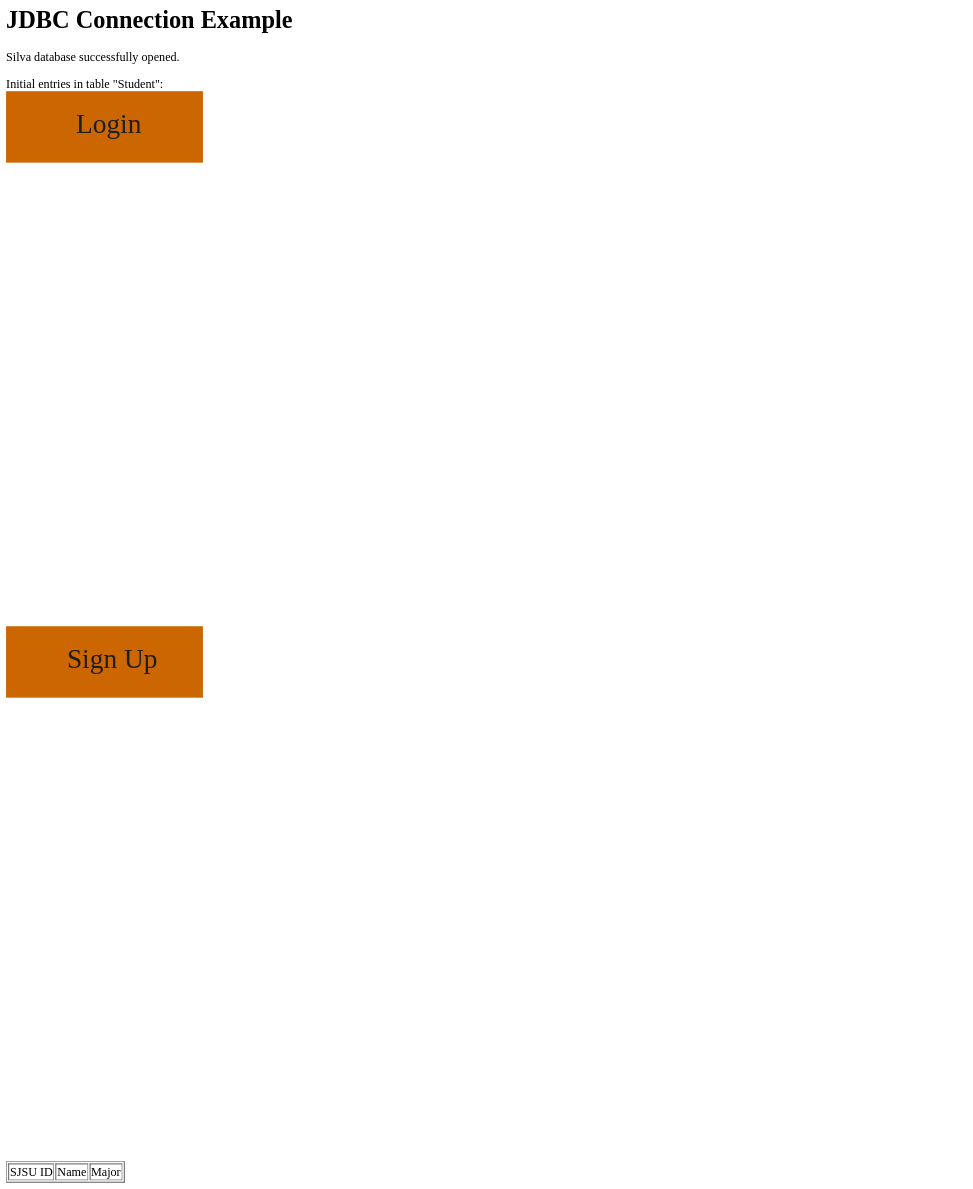
Repository: dannie-su-sjsu/CS157A-team6
Page: http://localhost/ToMovie/JDBCdemo.jsp
The author's editor kept a copy of each file at every save. The page is drawn from the files as they stood at one save, then again after the next save.
The browser window is 1280 px wide. The pictures show the whole page, at 76% of full size.
The page is served by Tomcat 9. Other server files are loaded and not shown. Queries for data that is not in the repository find no rows.

Above is the page before, as saved 2023-07-11 07:11:07.

### ToMovie/src/main/webapp/JDBCdemo.jsp
<%@ page import="java.sql.*"%>
<html>
  <head>
    <title>Three Tier Architecture Demo</title>
    </head>
  <body>
    <h1>JDBC Connection Example</h1>

    <table border="1">
      <tr>
        <td>SJSU ID</td>
        <td>Name</td>
        <td>Major</td>
   </tr>
    <%
     String db = "Silva";
        String user; // assumes database name is the same as username
          user = "root";
        String password = "Halo4mlg!";
        try {

            java.sql.Connection con;
            Class.forName("com.mysql.jdbc.Driver");
            con = DriverManager.getConnection("jdbc:mysql://localhost:3306/Silva?autoReconnect=true&useSSL=false",user, password);
            out.println(db + " database successfully opened.<br/><br/>");

            out.println("Initial entries in table \"Student\": <br/>");
            Statement stmt = con.createStatement();
            ResultSet rs = stmt.executeQuery("SELECT * FROM Student");
            while (rs.next()) {
                out.println(rs.getInt(1) + "    " + rs.getString(2) + "    " + rs.getString(3) + "<br/><br/>");
            }
            rs.close();
            stmt.close();
            con.close();
        } catch(SQLException e) {
            out.println("SQLException caught: " + e.getMessage());
        }
    %>
    <div style="width: 100%; height: 100%; position: relative">
    <div style="width: 259px; height: 94px; left: 0px; top: 0px; position: absolute; background: #CC6600"></div>
    <div style="left: 92px; top: 22px; position: absolute; text-align: center; color: #1E1E1E; font-size: 36px; font-family: Jockey One; font-weight: 400; word-wrap: break-word">Login</div>
	</div>
	<div style="width: 100%; height: 100%; position: relative">
    <div style="width: 259px; height: 94px; left: 0px; top: 0px; position: absolute; background: #CC6600"></div>
    <div style="left: 80px; top: 22px; position: absolute; text-align: center; color: #1E1E1E; font-size: 36px; font-family: Jockey One; font-weight: 400; word-wrap: break-word">Sign Up</div>
</div>
  </body>
</html>

After the next save:
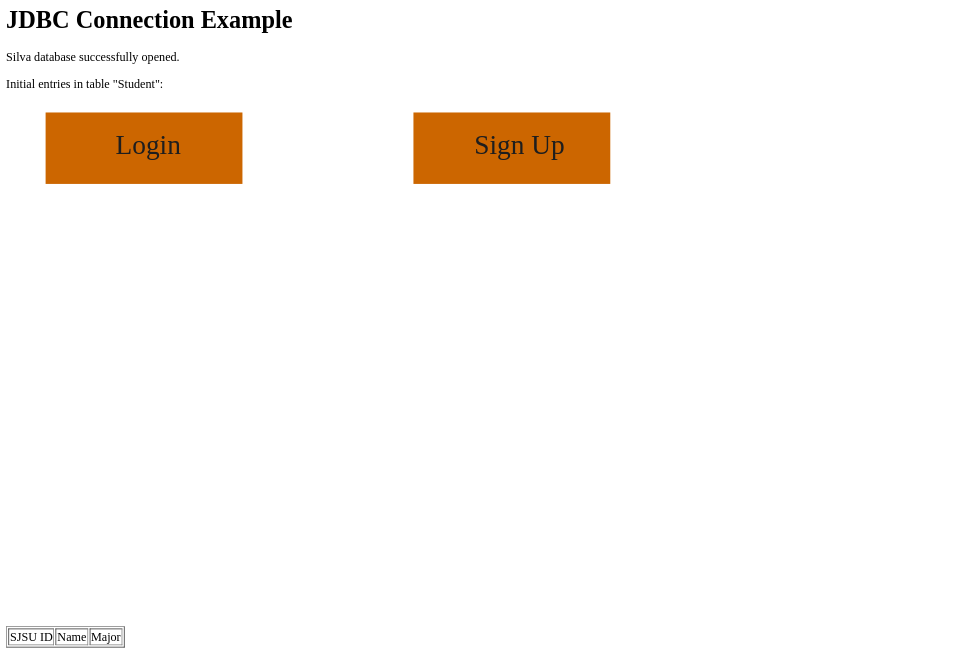
Saved 5 min 12 s later.
--- a/ToMovie/src/main/webapp/JDBCdemo.jsp
+++ b/ToMovie/src/main/webapp/JDBCdemo.jsp
@@ -37,13 +37,16 @@
             out.println("SQLException caught: " + e.getMessage());
         }
     %>
-    <div style="width: 100%; height: 100%; position: relative">
-    <div style="width: 259px; height: 94px; left: 0px; top: 0px; position: absolute; background: #CC6600"></div>
-    <div style="left: 92px; top: 22px; position: absolute; text-align: center; color: #1E1E1E; font-size: 36px; font-family: Jockey One; font-weight: 400; word-wrap: break-word">Login</div>
+   <div style="width: 100%; height: 100%; position: relative">
+    <div style="width: 824px; height: 149px; left: 0px; top: 0px; position: absolute; background: rgba(217, 217, 217, 0)"></div>
+    <div style="width: 259px; height: 94px; left: 536px; top: 28px; position: absolute">
+        <div style="width: 259px; height: 94px; left: 0px; top: 0px; position: absolute; background: #CC6600"></div>
+        <div style="left: 80px; top: 22px; position: absolute; text-align: center; color: #1E1E1E; font-size: 36px; font-family: Jockey One; font-weight: 400; word-wrap: break-word">Sign Up</div>
+    </div>
+    <div style="width: 259px; height: 94px; left: 52px; top: 28px; position: absolute">
+        <div style="width: 259px; height: 94px; left: 0px; top: 0px; position: absolute; background: #CC6600"></div>
+        <div style="left: 92px; top: 22px; position: absolute; text-align: center; color: #1E1E1E; font-size: 36px; font-family: Jockey One; font-weight: 400; word-wrap: break-word">Login</div>
+    </div>
 	</div>
-	<div style="width: 100%; height: 100%; position: relative">
-    <div style="width: 259px; height: 94px; left: 0px; top: 0px; position: absolute; background: #CC6600"></div>
-    <div style="left: 80px; top: 22px; position: absolute; text-align: center; color: #1E1E1E; font-size: 36px; font-family: Jockey One; font-weight: 400; word-wrap: break-word">Sign Up</div>
-</div>
   </body>
 </html>
